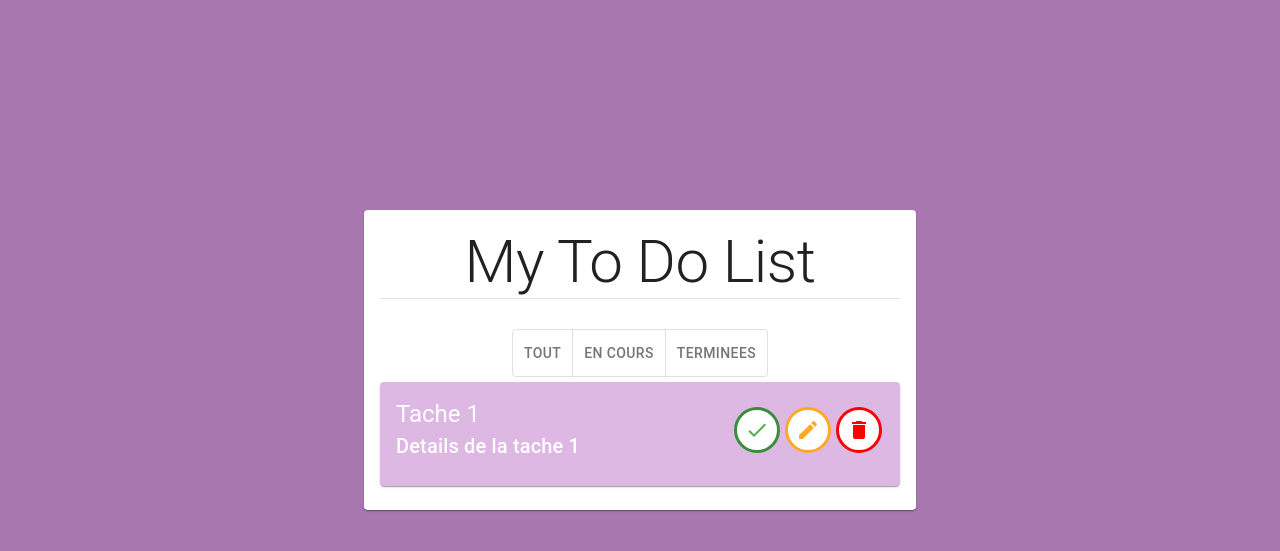
Repository: Fathiyasmine/Todo-list-project
Page: /
An editor plug-in stored every save of this project. The page is shown before and after the next save, followed by the edit.
The browser window is 1280 px wide. The pictures show the whole page.
The project was rebuilt for these pictures with package versions that can differ from the ones it lists, and the page was loaded fresh each time.

Above is the page before, as saved 2025-12-08 11:29:59.

After the next save:
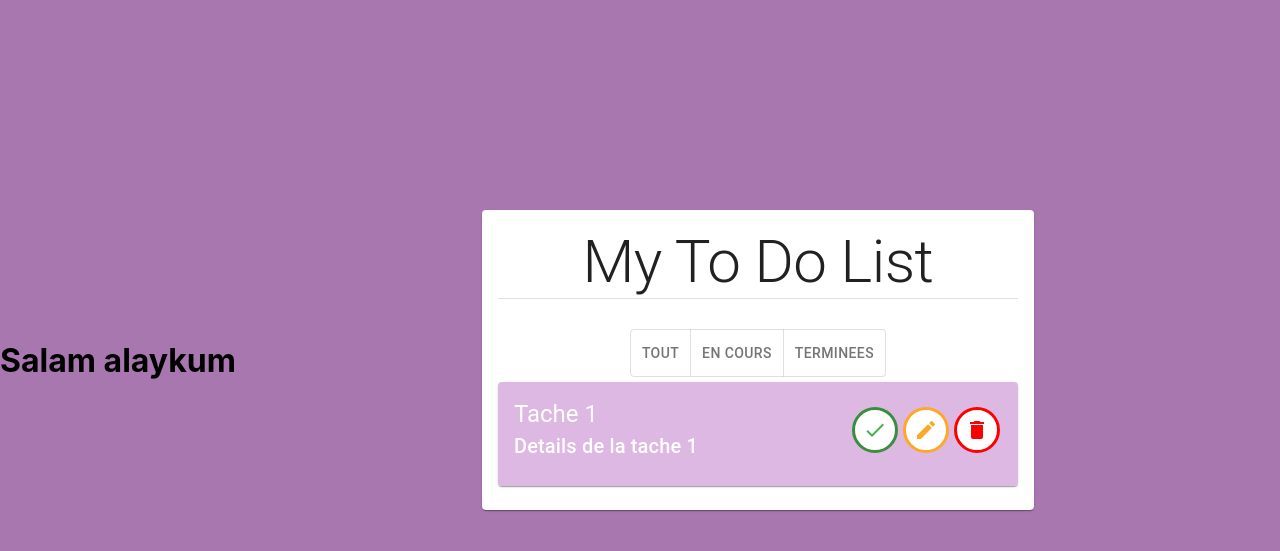
Saved 2 min 40 s later.
--- a/src/App.jsx
+++ b/src/App.jsx
@@ -13,6 +13,7 @@
         height: "100vh",
       }}
     >
+      <h1>Salam alaykum</h1>
       <ToDoList />
     </div>
   );

After the 6 saves that followed:
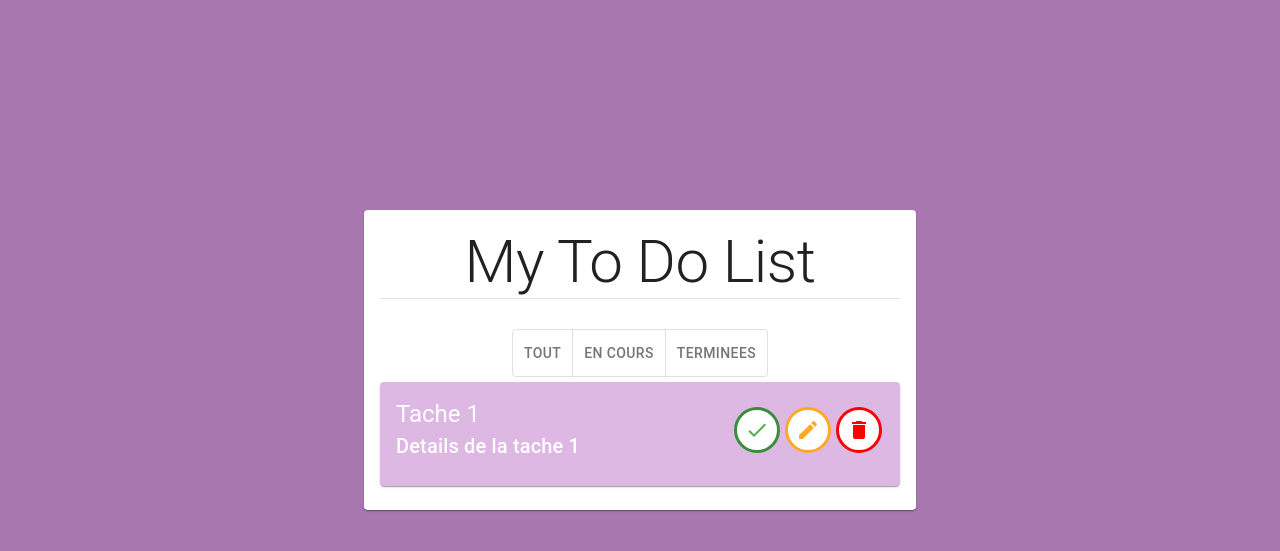
The 6 saves are shown as one change because 5 left the picture as it was.
The last was saved 14 min 51 s later.
--- a/src/App.jsx
+++ b/src/App.jsx
@@ -13,7 +13,6 @@
         height: "100vh",
       }}
     >
-      <h1>Salam alaykum</h1>
       <ToDoList />
     </div>
   );
--- a/src/App.css
+++ b/src/App.css
@@ -66,8 +66,24 @@
 }
 /*Custom fonts*/
 @font-face {
-  font-family: C;
-  src: url("/public//fonts/Cairo//Cairo-VariableFont_slnt\,wght.ttf");
+  font-family: A;
+  src: url(/public//fonts//Roboto/static/Roboto-Black.ttf);
+  font-weight: 900;
+}
+@font-face {
+  font-family: A;
+  src: url(/public//fonts//Roboto/static/Roboto-Regular.ttf);
+  font-weight: normal;
+}
+@font-face {
+  font-family: A;
+  src: url(/public//fonts//Roboto/static/Roboto-Bold.ttf);
+  font-weight: bold;
+}
+@font-face {
+  font-family: A;
+  src: url(/public//fonts//Roboto/static/Roboto-Medium.ttf);
+  font-weight: medium;
 }
 
 /*Custom fonts*/
